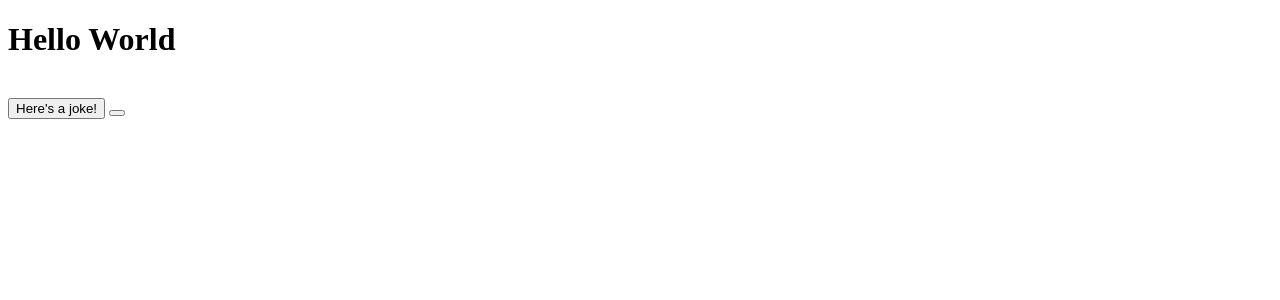
Repository: nottonofclay/csi_waymo
Page: api_calls/index.html
An editor plug-in stored every save of this project. The page is shown before and after the next save, followed by the edit.
The browser window is 1280 px wide. The pictures show the whole page.

Above is the page before, as saved 2023-07-19 00:30:41.

### api_calls/index.html
<!DOCTYPE html>
<html lang="en">
<head>
    <meta charset="UTF-8">
    <meta name="viewport" content="width=device-width, initial-scale=1.0">
    <title>Document</title>
</head>
<body>
    <h1>Hello World</h1>
    <br>
    <button id="btn" onclick="giveJoke()">Here's a joke!</button>
    <button id="btn" onclick="giveQuote()">
    <script src="script.js"></script>
</body>
</html>

### api_calls/script.js
var baseURL = "https://v2.jokeapi.dev";
var categories = ["Programming", "Misc", "Pun", "Spooky", "Christmas"];
var params = [
    "blacklistFlags=nsfw,religious,racist",
    "idRange=0-100"
];


function giveJoke() {
    var xhr = new XMLHttpRequest();
    xhr.open("GET", baseURL + "/joke/" + categories.join(",") + "?" + params.join("&"));
    xhr.onreadystatechange = function() {
        if(xhr.readyState == 4 && xhr.status < 300) // readyState 4 means request has finished + we only want to parse the joke if the request was successful (status code lower than 300)
        {
            var randomJoke = JSON.parse(xhr.responseText);

            if(randomJoke.type == "single")
            {
                // If type == "single", the joke only has the "joke" property
                alert(randomJoke.joke);
            }
            else
            {
                // If type == "single", the joke only has the "joke" property
                alert(randomJoke.setup);
                alert(randomJoke.delivery);
            }
        }
        else if(xhr.readyState == 4)
        {
            alert("Error while requesting joke.\n\nStatus code: " + xhr.status + "\nServer response: " + xhr.responseText);
        }
    };
    xhr.send();
}

After the next save:
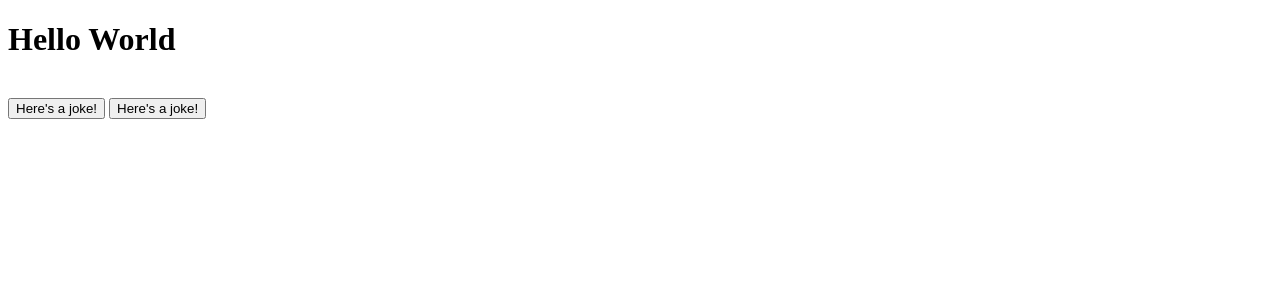
Saved 7 s later.
--- a/api_calls/index.html
+++ b/api_calls/index.html
@@ -9,7 +9,7 @@
     <h1>Hello World</h1>
     <br>
     <button id="btn" onclick="giveJoke()">Here's a joke!</button>
-    <button id="btn" onclick="giveQuote()">
+    <button id="btn" onclick="giveQuote()">Here's a joke!</button>
     <script src="script.js"></script>
 </body>
 </html>
